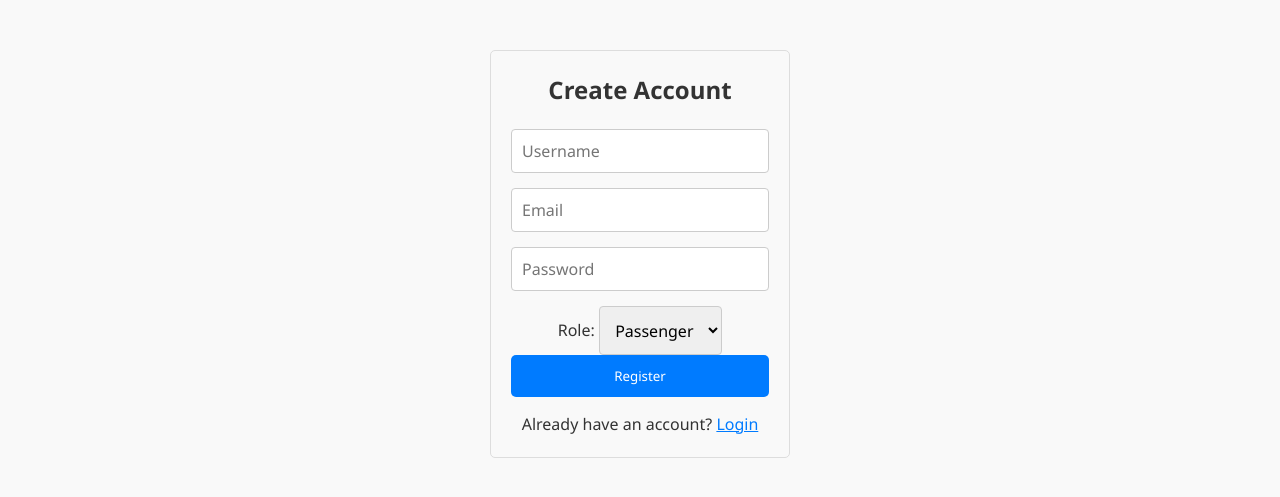
Repository: Ndegwa2/sacco
Page: Client./register.html
The author's editor kept a copy of each file at every save. The page is drawn from the files as they stood at one save, then again after the next save.
The browser window is 1280 px wide. The pictures show the whole page.

Above is the page before, as saved 2025-06-10 12:27:23.

After the next save:
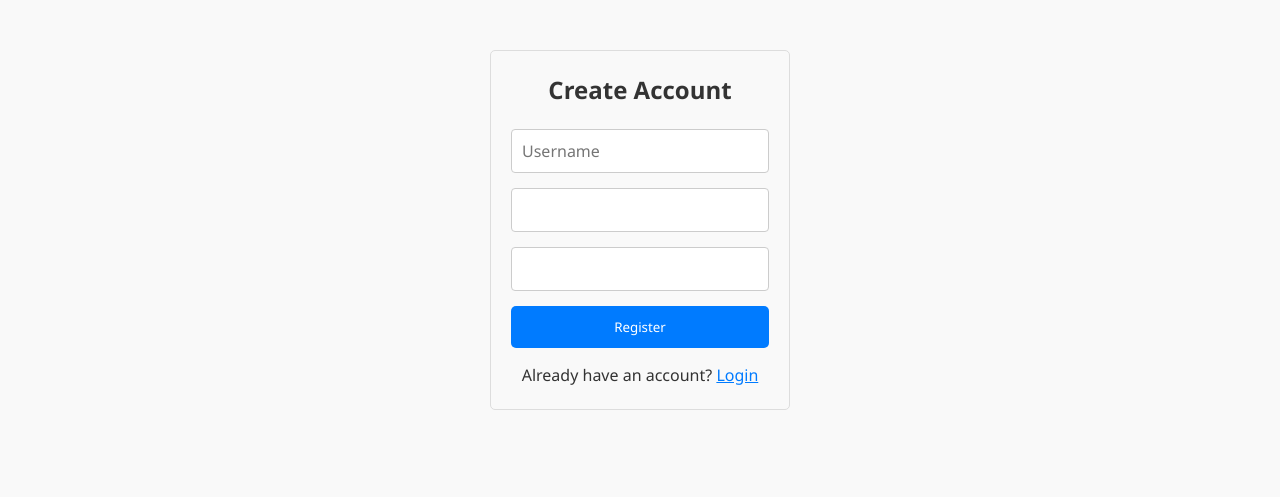
Saved 28 s later.
--- a/Client./register.html
+++ b/Client./register.html
@@ -8,19 +8,14 @@
 </head>
 <body>
   <div class="auth-container">
-    <h2>Create Account</h2>
-    <form method="POST">
-      <input type="text" name="username" placeholder="Username" required>
-      <input type="email" name="email" placeholder="Email" required>
-      <input type="password" name="password" placeholder="Password" required>
-      <label for="role">Role:</label>
-      <select name="role" id="role">
-        <option value="passenger">Passenger</option>
-        <option value="admin">Admin</option>
-      </select>
-      <button type="submit">Register</button>
-    </form>
-    <p>Already have an account? <a href="login.html">Login</a></p>
-  </div>
+      <h2>Create Account</h2>
+      <form method="POST" action="/register">
+        <input type="text" name="username" placeholder="Username" required>
+        <input type="email" name="email" required>
+        <input type="password" name="password" required>
+        <button type="submit">Register</button>
+      </form>
+      <p>Already have an account? <a href="login.html">Login</a></p>
+    </div>
 </body>
 </html>
